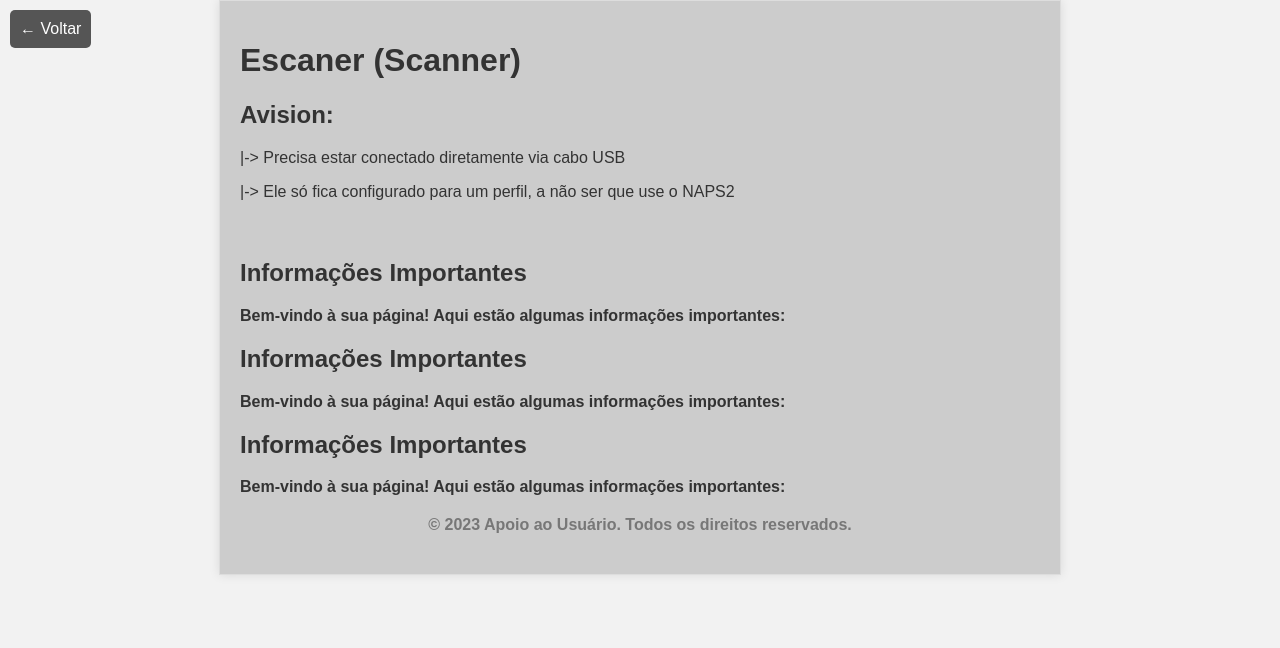
Repository: I4guito/dicasdez
Page: Dicas site/Dicas/scanner.html
These files come from the project's save history. The page is drawn as it stood at one moment and after the next save; the edit follows.
The browser window is 1280 px wide. The pictures show the whole page.

Above is the page before, as saved 2023-11-28 14:04:45.

### Dicas site/Dicas/scanner.html
<!DOCTYPE html>
<html lang="pt-br">
<head>
    <meta charset="UTF-8">
    <meta name="viewport" content="width=device-width, initial-scale=1.0">
    <link rel="stylesheet" href="padrao.css">
    <script src="/Dicas site/script.js"></script>
    <title>Scanner</title>
</head>
<body>
    <div class="container">
        <header>
        <a href="javascript:history.back()" class="voltar-btn">&#8592; Voltar</a>
            <h1>Escaner (Scanner)</h1>
        </header>
        <section>
            <h2>Avision:</h2>
            <p>|-> Precisa estar conectado diretamente via cabo USB</p>
            <p>|-> Ele só fica configurado para um perfil, a não ser que use o NAPS2</p>
            <ul>
                <li><strong></li>
                <li><strong></li>
            </ul>
        </section><br>
        <section>
            <h2>Informações Importantes</h2>
            <p>Bem-vindo à sua página! Aqui estão algumas informações importantes:</p>
            <ul>
                <li><strong></li>
                <li><strong></li>
            </ul>
        </section>
        <section>
            <h2>Informações Importantes</h2>
            <p>Bem-vindo à sua página! Aqui estão algumas informações importantes:</p>
            <ul>
                <li><strong></li>
                <li><strong></li>
            </ul>
        </section>
        <section>
            <h2>Informações Importantes</h2>
            <p>Bem-vindo à sua página! Aqui estão algumas informações importantes:</p>
            <ul>
                <li><strong></li>
                <li><strong></li>
            </ul>
        </section>
        <footer>
            <p>&copy; 2023 Apoio ao Usuário. Todos os direitos reservados.</p>
        </footer>
    </div>
</body>
</html>

### Dicas site/Dicas/padrao.css
body {
    font-family: 'Arial', sans-serif;
    margin: 0;
    padding: 0;
    background-color: #f2f2f2;
    color:#fff
}

.container {
    max-width: 800px;
    margin: 0 auto;
    background-color: #ccc;
    padding: 20px;
    box-shadow: 0 0 10px rgba(0, 0, 0, 0.1);
    border: 1px solid #ddd;
    color: #333;
}

header, section, footer {
    margin-bottom: 20px;
}

header h1, section h2 {
    color: #333;
}

ul {
    list-style: none;
    padding: 0;
}

li {
    margin-bottom: 10px;
}

footer {
    text-align: center;
    color: #777;
}

.voltar-btn {
    position: absolute;
    left: 10px;
    top: 10px;
    text-decoration: none;
    color: #fff;
    font-size: 16px;
    padding: 10px;
    background-color: #555;
    border: none;
    border-radius: 5px;
    cursor: pointer;
    transition: background-color 0.3s;
}

.voltar-btn:hover {
    background-color: #777;
}

img {

    margin-inline: 5cm;
    max-width: 100%;
    border-radius: 3%;
}

.link-instrucoes {
    font-family:cursive;
    width: 50px;
    left: 10px;
    text-decoration: none;
    color: #fff;
    font-size: 25px;
    padding: 3px;
    background-color: #555;
    border: none;
    border-radius: 10px;
    cursor: pointer;
    transition:  background-color 0.3s;
}

.link-instrucoes:hover {
    background-color:#777
}

### Dicas site/script.js
function filterItems() {
    var searchBar = document.getElementById('searchBar');
    var filter = searchBar.value.toUpperCase();

    var columns = document.getElementsByClassName('column');
    for (var i = 0; i < columns.length; i++) {
        var boxes = columns[i].getElementsByClassName('box');
        for (var j = 0; j < boxes.length; j++) {
            var item = boxes[j];
            var textValue = item.textContent || item.innerText;
            if (textValue.toUpperCase().indexOf(filter) > -1) {
                item.style.display = "";
            } else {
                item.style.display = "none";
            }
        }
    }
}

function openPage(pageName) {
    // Assuming all pages are in the same directory, you can modify the path as needed
    window.location.href = pageName + '.html';
}


    const isOpera = navigator.userAgent.indexOf("OPR") > -1;


    if (isOpera) {
      document.addEventListener("DOMContentLoaded", function () {
        document.querySelector(".container").style.backgroundColor = "#005c4b"; /* Azul claro para o Opera */
        document.querySelector(".container").style.color = "#333";
      });
    }

After the next save:
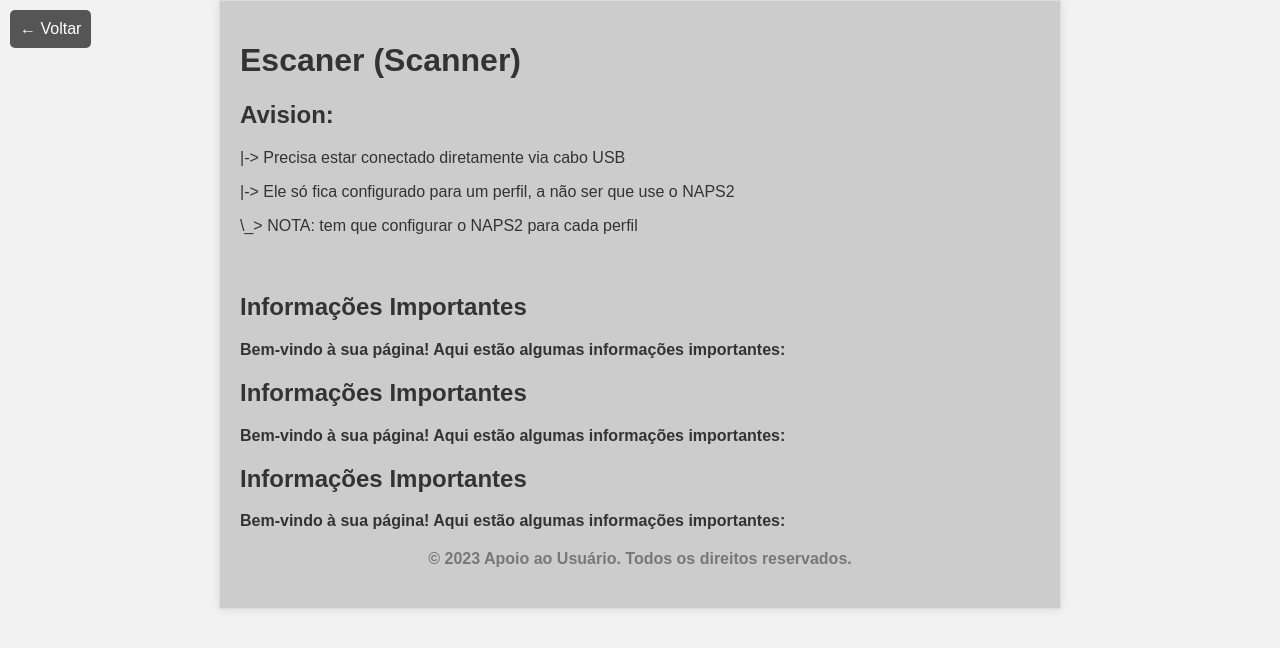
Saved 9 s later.
--- a/Dicas site/Dicas/scanner.html
+++ b/Dicas site/Dicas/scanner.html
@@ -18,7 +18,7 @@
             <p>|-> Precisa estar conectado diretamente via cabo USB</p>
             <p>|-> Ele só fica configurado para um perfil, a não ser que use o NAPS2</p>
             <ul>
-                <li><strong></li>
+                <li> \_> NOTA: tem que configurar o NAPS2 para cada perfil</li>
                 <li><strong></li>
             </ul>
         </section><br>
